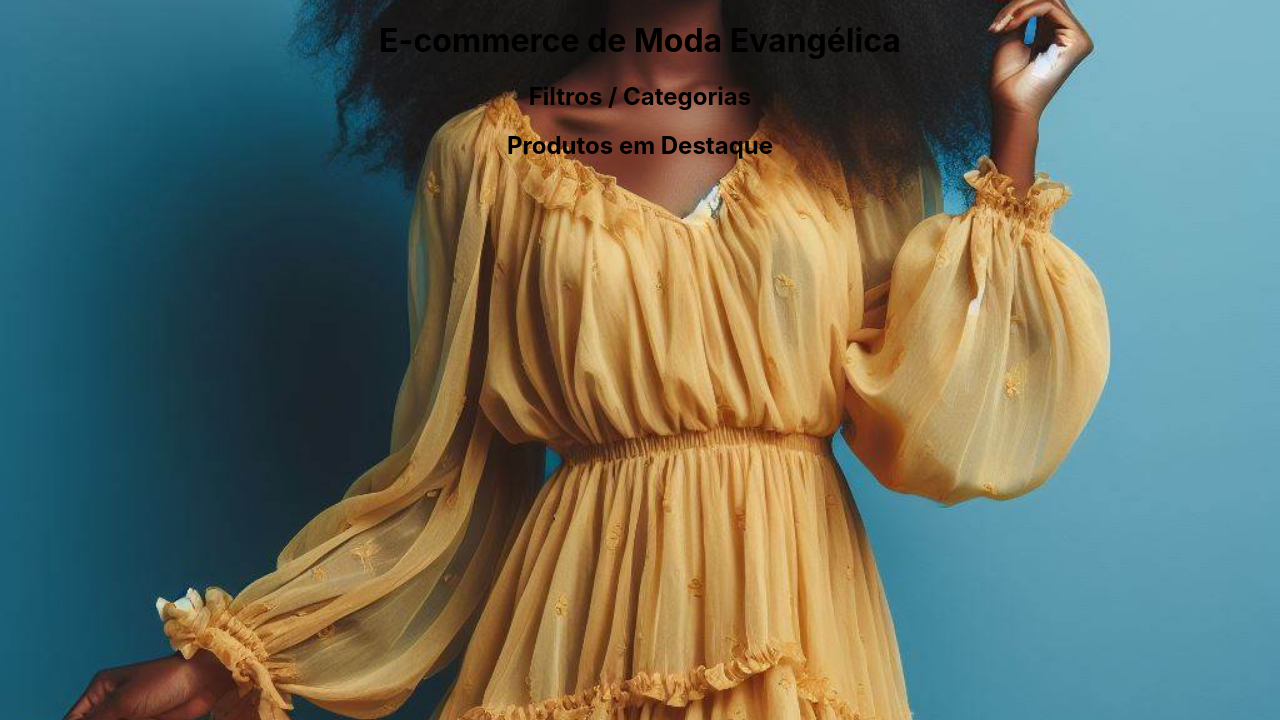
Repository: Mixchelle/ecommerce-moda-evangelica
Page: /
The author's editor kept a copy of each file at every save. The page is drawn from the files as they stood at one save, then again after the next save.
The browser window is 1280 px wide. The pictures show the whole page.
The project was rebuilt for these pictures with package versions that can differ from the ones it lists, and the page was loaded fresh each time. Also part of the build but not shown: src/pages/Login.js, src/pages/LoginAdmin.jsx, src/pages/Admin.js, src/pages/Cart.js.

Above is the page before, as saved 2024-04-29 22:22:52.

### src/App.js
import React from 'react';
import { BrowserRouter as Router, Routes, Route } from 'react-router-dom';
import './App.css';
import Home from './pages/Home';
import Login from './pages/Login';
import LoginAdmin from './pages/LoginAdmin';
import Admin from './pages/Admin';
import Cart from './pages/Cart';

function App() {
  return (
    <Router>
      <div className="App">
        <Routes>
          <Route exact path="/" element={<Home />} />
          <Route path="/login" element={<Login />} />
          <Route path="/login-admin" element={<LoginAdmin />} />
          <Route path="/admin" element={<Admin />} />
          <Route path="/cart" element={<Cart />} />
        </Routes>
      </div>
    </Router>
  );
}

export default App;

### src/pages/Home.js
// src/pages/Home.js
import React from 'react';
import Header from '../components/Header';
import CategoriesFilter from '../components/CategoriesFilter';

const Home = () => {
  return (
    <div>
      <Header />
      <CategoriesFilter />
      <h2>Produtos em Destaque</h2>
      {/* Adicione os produtos em destaque aqui */}
    </div>
  );
}

export default Home;

### src/components/Header.js
// src/components/Header.js
import React from 'react';

const Header = () => {
  return (
    <header>
      <h1>E-commerce de Moda Evangélica</h1>
      {/* Aqui você pode adicionar elementos de navegação, como links para login, carrinho, etc. */}
    </header>
  );
}

export default Header;

### src/components/CategoriesFilter.js
// src/components/CategoriesFilter.js
import React from 'react';

const CategoriesFilter = () => {
  // Aqui você pode adicionar opções de filtro por categorias de produtos
  return (
    <div>
      <h2>Filtros / Categorias</h2>
      {/* Adicione os filtros de categorias aqui */}
    </div>
  );
}

export default CategoriesFilter;

### src/style/Login.css
body {
  background-image: url('../assets/OIG2.3KeraQGUKquJ4o.jpeg');
  background-size: cover;
  background-repeat: no-repeat;
  background-position: center;
  height: 78vh;
  margin: 0;
  padding: 0;
}

.login-container {
  margin-top: 15%;
  margin-bottom: auto;
  margin-left: auto;
  margin-right: auto;
  display: flex;
  width: 80%;
  justify-content: center;
  align-items: center;
  background-color: rgba(0, 0, 0, 0.9);
  border-radius: 10px;
  box-shadow: 0 0 20px rgba(0, 0, 0, 0.1);
}

.image-container {
  flex: 1;
}

.image-container img {
  max-width: 100%;
  flex: 1;
  padding: 20px;
}

.form-container {
  flex: 1;

  margin-right: 40px;
}

.form-container h1 {
  color: #fff;
  text-align: center;

}

.form-group {
  margin-bottom: 20px;
  text-align: center;
  color: #fff;
  justify-content: center;
}

.form-group label {
  display: block;
  margin-bottom: 5px;
  text-align: left;
  margin-left: 100px;
  color: #fff;
}

.form-group input {
  width: 60%;
  padding: 10px;
  font-size: 16px;
  border: 1px solid #ccc;
  border-radius: 5px;
  outline: none;

}

button {
  width: 40%;
  padding: 10px;
  font-size: 18px;
  color: #fff;
  background-color: #007bff; /* Azul moderno */
  border: none;
  border-radius: 5px;
  cursor: pointer;
  outline: none;
  transition: background-color 0.3s ease;
  margin-left: 10px;
}

button:hover {
  background-color: #0056b3; /* Azul mais escuro ao passar o mouse */
}

button {
  font-family: ui-monospace, SFMono-Regular, Menlo, Monaco, Consolas,
    'Liberation Mono', 'Courier New', monospace;
  font-size: 17px;
  padding: 1em 2.7em;
  font-weight: 500;
  background: #1f2937;
  color: white;
  border: none;
  position: relative;
  overflow: hidden;
  border-radius: 0.6em;
  cursor: pointer;
  text-align: center;
}

.gradient {
  position: absolute;
  width: 100%;
  height: 100%;
  left: 0;
  top: 0;
  border-radius: 0.6em;
  margin-top: -0.25em;
  background-image: linear-gradient(
    rgba(0, 0, 0, 0),
    rgba(0, 0, 0, 0),
    rgba(0, 0, 0, 0.3)
  );
}

.label {
  position: relative;
  top: -1px;
}

.transition {
  transition-timing-function: cubic-bezier(0, 0, 0.2, 1);
  transition-duration: 500ms;
  background-color: rgba(16, 185, 129, 0.6);
  border-radius: 9999px;
  width: 0;
  height: 0;
  position: absolute;
  left: 50%;
  top: 50%;
  transform: translate(-50%, -50%);
}

button:hover .transition {
  width: 14em;
  height: 14em;
}

button:active {
  transform: scale(0.97);
}

Loaded but not shown: public/index.html (common file); src/index.js (common file); src/index.css (common file); src/reportWebVitals.js (common file); src/App.css (common file)

After the next save:
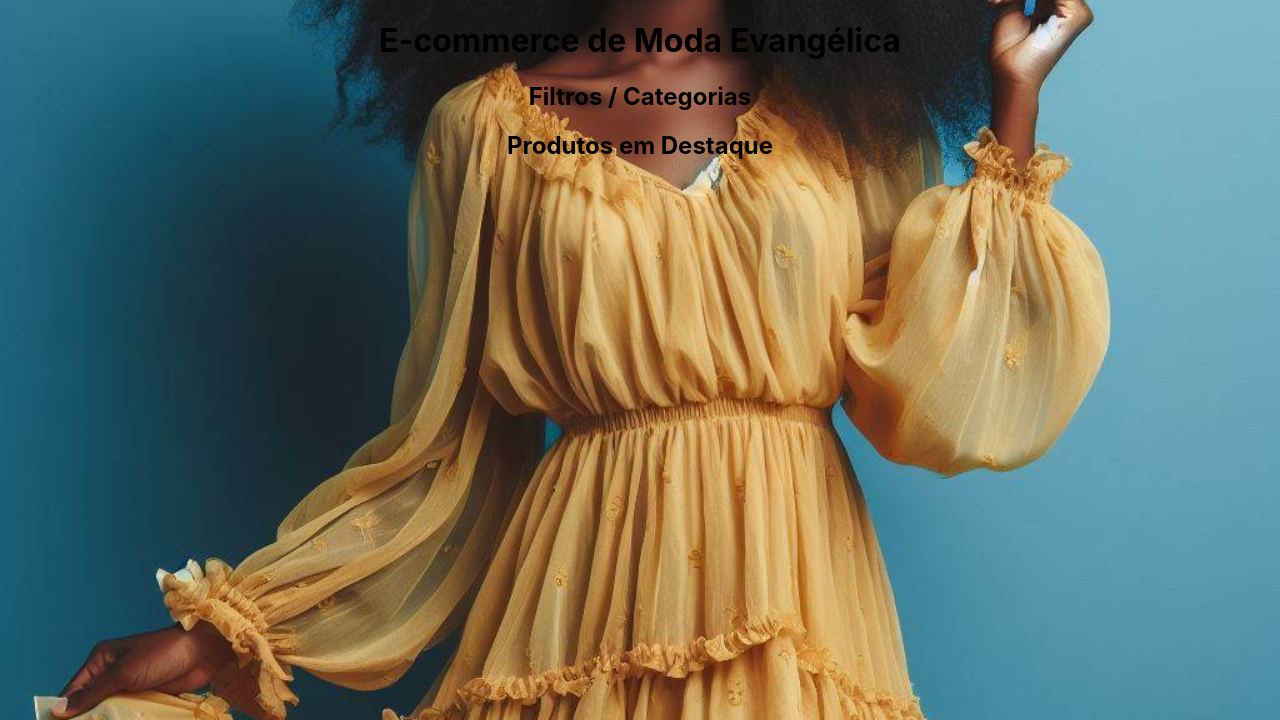
Saved 10 s later.
--- a/src/style/Login.css
+++ b/src/style/Login.css
@@ -3,7 +3,7 @@ body {
   background-size: cover;
   background-repeat: no-repeat;
   background-position: center;
-  height: 78vh;
+  height: 70vh;
   margin: 0;
   padding: 0;
 }
